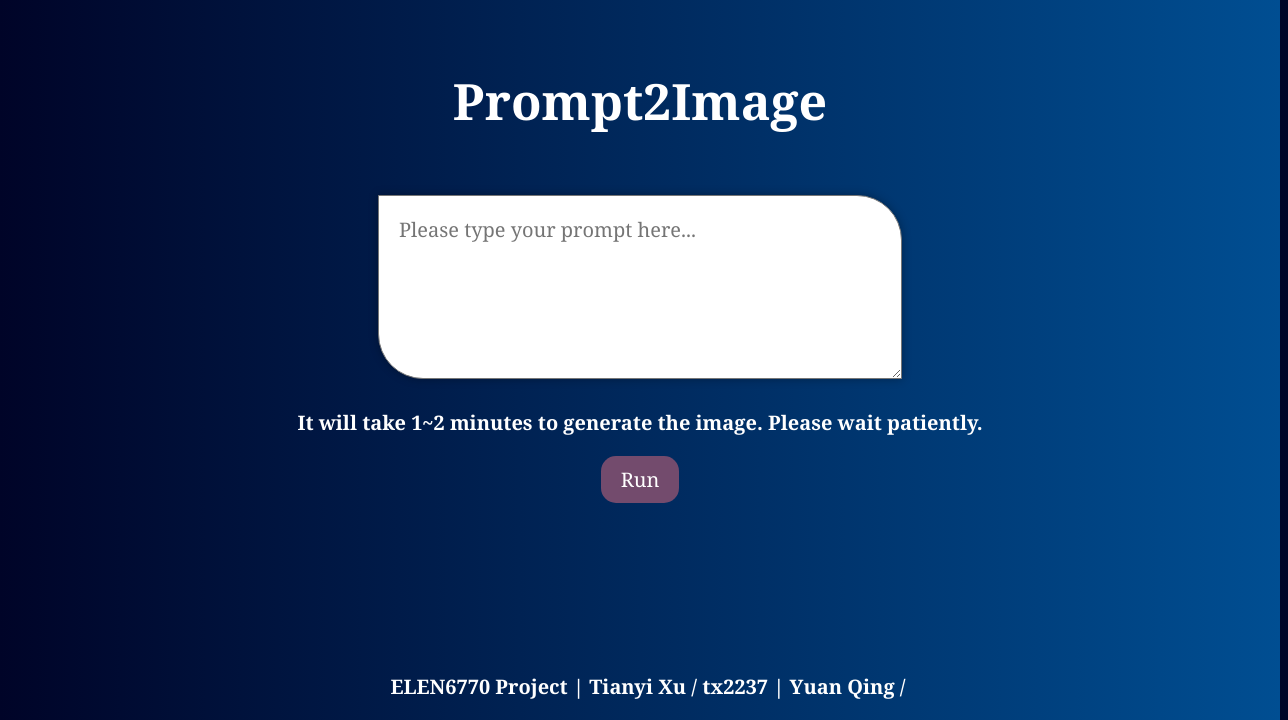
Repository: XTTTZ/Prompt2Image
Page: main3.html
The author's editor kept a copy of each file at every save. The page is drawn from the files as they stood at one save, then again after the next save.
The browser window is 1280 px wide. The page is 1288 px wide, so the pictures cover 1288 px, including what lies to the right of the window. The pictures show the whole page.
The page's requests for data from a server got no answer.

Above is the page before, as saved 2023-11-30 22:01:52.

### main3.html
<!DOCTYPE html>
<html lang="en">

<head>
    <meta charset="UTF-8">
    <meta name="viewport" content="width=device-width, initial-scale=1.0">
    <title>Prompt2Image</title>
    <style>
        .center-label {
            text-align: center;
        }

        body {
            font-family: Georgia, serif;
            background: linear-gradient(to right, #000428, #004e92);
            /* 使图片覆盖整个背景 */
            color: #fff
        }

        header {
            background-color: rgba(0, 0, 0, 0);
            color: #fff;
            text-align: center;
            padding: 1em;
            font-family: Georgia, serif;
            font-size: 25px;
        }

        h1 {
            margin-bottom: 0.5em;
        }

        form {
            display: flex;
            /* 设置为Flex容器 */
            flex-direction: column;
            /* 子元素垂直堆叠 */
            align-items: center;
            /* 垂直居中 */
            justify-content: center;
            /* 水平居中，如果需要 */
            height: 100%;
            /* 根据需要设置高度 */
            font-size: 20px;
        }

        label {
            font-weight: bold;
            text-align: center;
            font-size: 20px;
        }

        textarea {
            padding-left: 1em;
            padding-top: 1em;
            margin: 0.5em 0;
            width: 500px;
            height: 8em;
            text-align: left;
            vertical-align: top;
            font-size: 20px;
            border-radius: 0px 45px;
            box-shadow: 0 0 10px rgba(0, 0, 0, 0.3);
            font-family: Georgia, serif;

        }

        button {
            padding: 0.5em 1em;
            background-color: #734b6d;
            color: #fff;
            border: none;
            cursor: pointer;
            border-radius: 15px;
            font-size: 20px;
            font-family: Georgia, serif;
        }

        button:hover {
            background-color: #555;
        }

        img {
            border-radius: 15px;
        }

        #generatedImages {
            border-radius: 15px;
            text-align: center;
            margin: 1em;
            padding: 1em;
            background-color: #ffffff00;
        }
    </style>
</head>

<body>
    <header>
        <h1>Prompt2Image</h1>
    </header>

    <form id="searchForm">
        <textarea placeholder="Please type your prompt here..." type="text" id="searchInput"
            name="searchInput"></textarea>
        <label>
            <p>It will take 1~2 minutes to generate the image. Please wait patiently.</p>
        </label>
    </form>
    <form id="generateForm" style="gap: 15px;">
        <button type="button" onclick="performSearch()">Run</button>
        <label id="timeValue"></label>
    </form>

    <div id="searchResult"></div>

    <!-- Display generated images -->
    <div style="display:none" id="generatedImages"></div>
    <form id="downloadForm" style="gap: 10px;">
        <button id="downloadButton" onclick="downloadImages()" style="display:none">Download Images</button>
    </form>

    <label style="position:absolute; bottom:0; text-align: center;width:100%">
        <p>ELEN6770 Project | Tianyi Xu / tx2237 | Yuan Qing / </p>
    </label>

    <script>
        var server_addr = '34.67.111.69';
        var ip_addr;
        var second = 0;
        var clock;
        fetch('http://' + server_addr + '/ip', {
            method: 'GET',
            headers: {
                'Content-Type': 'application/x-www-form-urlencoded',
            },
        })
            .then(response => { return response.json() })
            .then(data => {
                ip_addr = data.ip_addr;
                console.log('ip_addr');
            }
            );
        function startTimer() {
            clearInterval(clock);
            clock = setInterval(timer, 1000);
            second = 0;
            timeValue.style.display = 'block';
            document.getElementById('timeValue').innerText = 'Run Time: ' + second + 's';
        }

        function timer() {
            second++;
            document.getElementById('timeValue').innerText = 'Run Time: ' + second + 's';
        }

        function stopTimer() {
            clearInterval(clock);
            clock = null;
            console.log('timerstop');
            document.getElementById('timeValue').innerText = 'Run Time: ' + second + 's';
        }

        function performSearch() {
            var searchInput = document.getElementById('searchInput').value;
            if (searchInput == '') {
                document.getElementById('timeValue').innerText = 'Please type your prompt!';
            }
            else {
                document.getElementById('generatedImages').style.display = 'none';
                document.getElementById('downloadButton').style.display = 'none';
                fetch('http://' + server_addr + ':5000/search', {
                    method: 'POST',
                    headers: {
                        'Content-Type': 'application/x-www-form-urlencoded',
                    },
                    body: 'text=' + encodeURIComponent(searchInput)
                })
                    .then(response => {
                        return response.json();
                    })
                    .then(data => { checkStatusPic() });
                startTimer();
            }
        }

        function checkStatusPic() {
            stopTimer();
            var generatedImagesContainer = document.getElementById('generatedImages');
            var downloadButton = document.getElementById('downloadButton');

            // Clear previous content
            generatedImagesContainer.innerHTML = '';

            // Append image elements dynamically
            var img = document.createElement('img');
            img.src = 'http://' + server_addr + '/image/' + ip_addr + '/0?time=' + new Date().getTime();
            generatedImagesContainer.appendChild(img);
            // Display the container and download button
            generatedImagesContainer.style.display = 'block';
            downloadButton.style.display = 'block';
        }

        function downloadImages() {
            // Create a link element for each image and trigger download
            var url = 'http://' + server_addr + '/image/' + ip_addr + '/0?time=' + new Date().getTime();
            var downloadLink = document.createElement('a');
            downloadLink.href = url;
            // 指定下载的文件名，您可以根据需要更改它
            downloadLink.download = 'image.png';
            // 将 <a> 元素添加到文档中并点击它
            document.body.appendChild(downloadLink);
            downloadLink.click();
            // 清理并移除 <a> 元素
            document.body.removeChild(downloadLink);
        }
    </script>
</body>

</html>

After the next save:
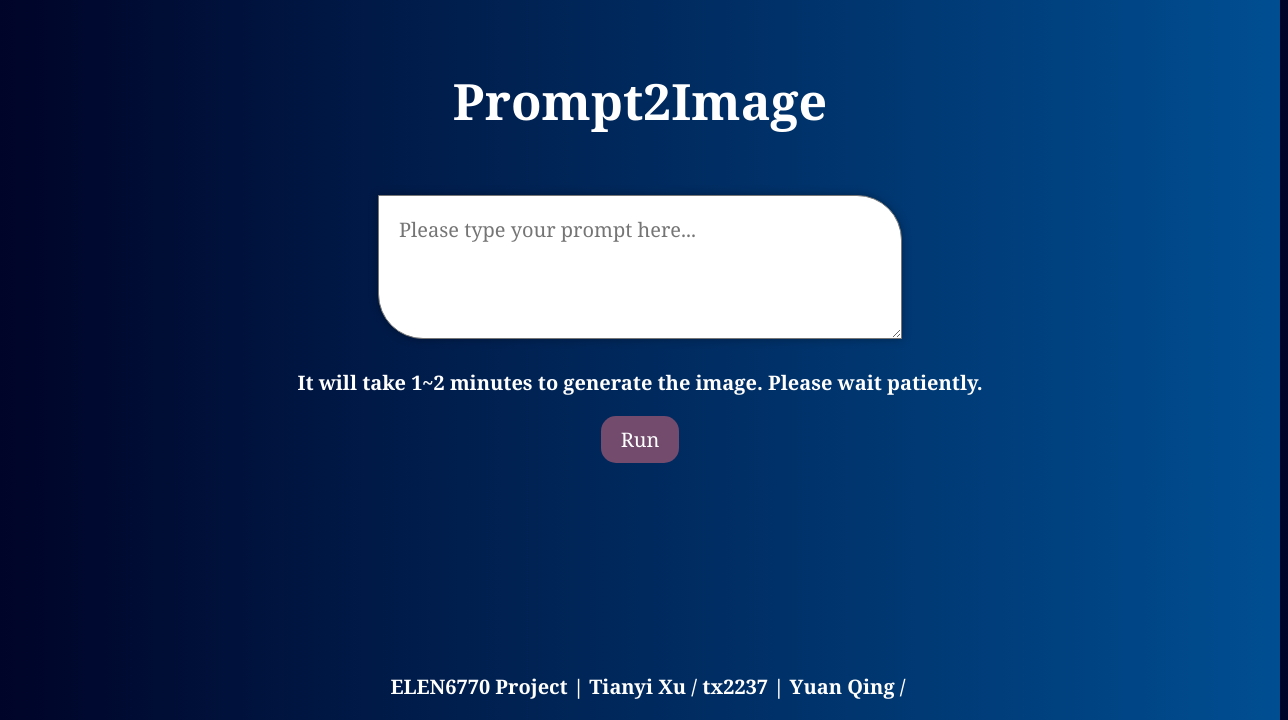
Saved 31 s later.
--- a/main3.html
+++ b/main3.html
@@ -55,7 +55,7 @@
             padding-top: 1em;
             margin: 0.5em 0;
             width: 500px;
-            height: 8em;
+            height: 6em;
             text-align: left;
             vertical-align: top;
             font-size: 20px;
